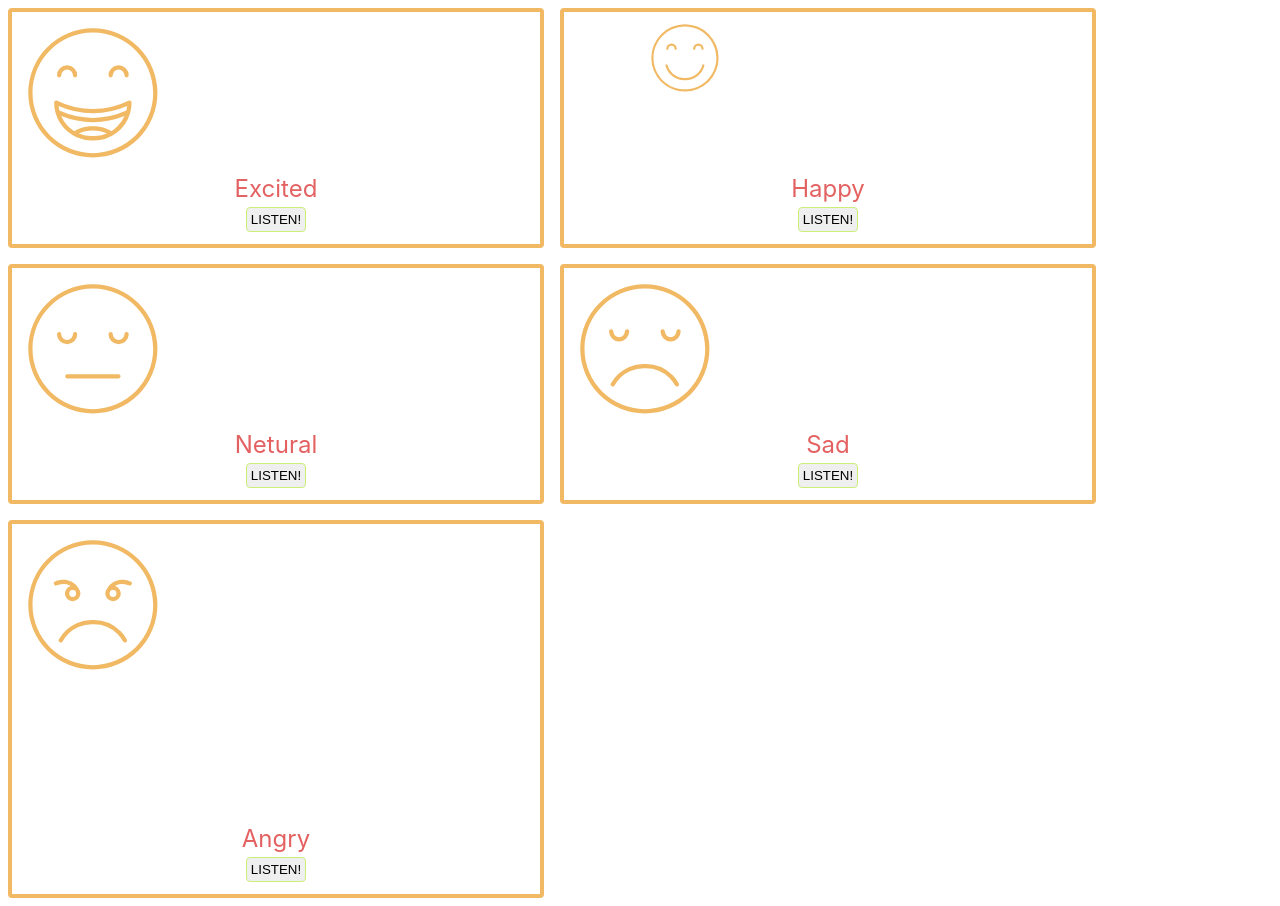
Repository: majakesin/moodify-app
Page: /
The author's editor kept a copy of each file at every save. The page is drawn from the files as they stood at one save, then again after the next save.
The browser window is 1280 px wide. The pictures show the whole page.
The project was rebuilt for these pictures with package versions that can differ from the ones it lists, and the page was loaded fresh each time.

Above is the page before, as saved 2023-08-21 13:00:36.

After the next save:
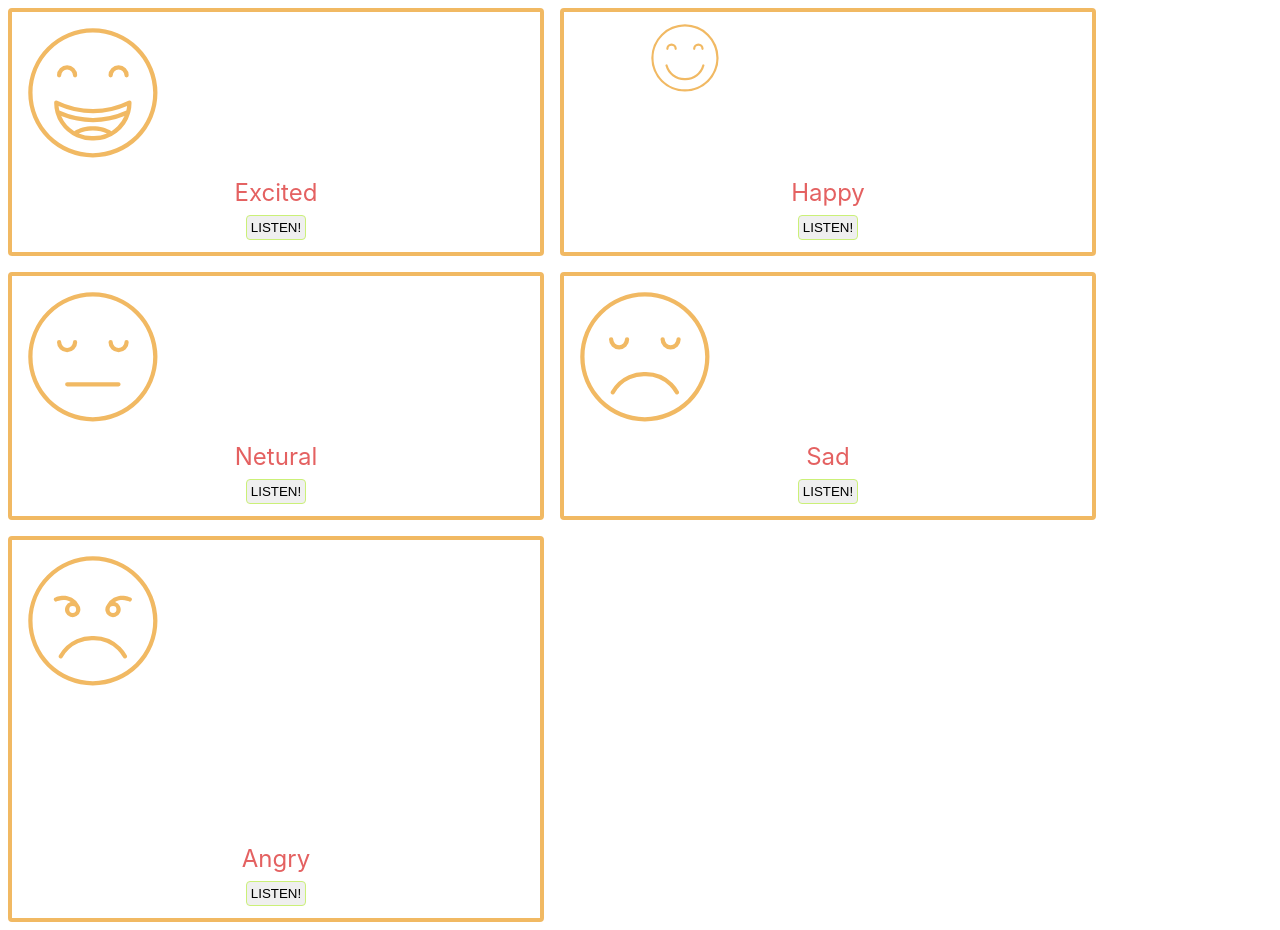
Saved 4 s later.
--- a/src/components/Mood/index.module.css
+++ b/src/components/Mood/index.module.css
@@ -23,4 +23,5 @@
 .title {
     font-size: 24px;
     color: var(--fourth-color);
+    margin: 4px;
 }
